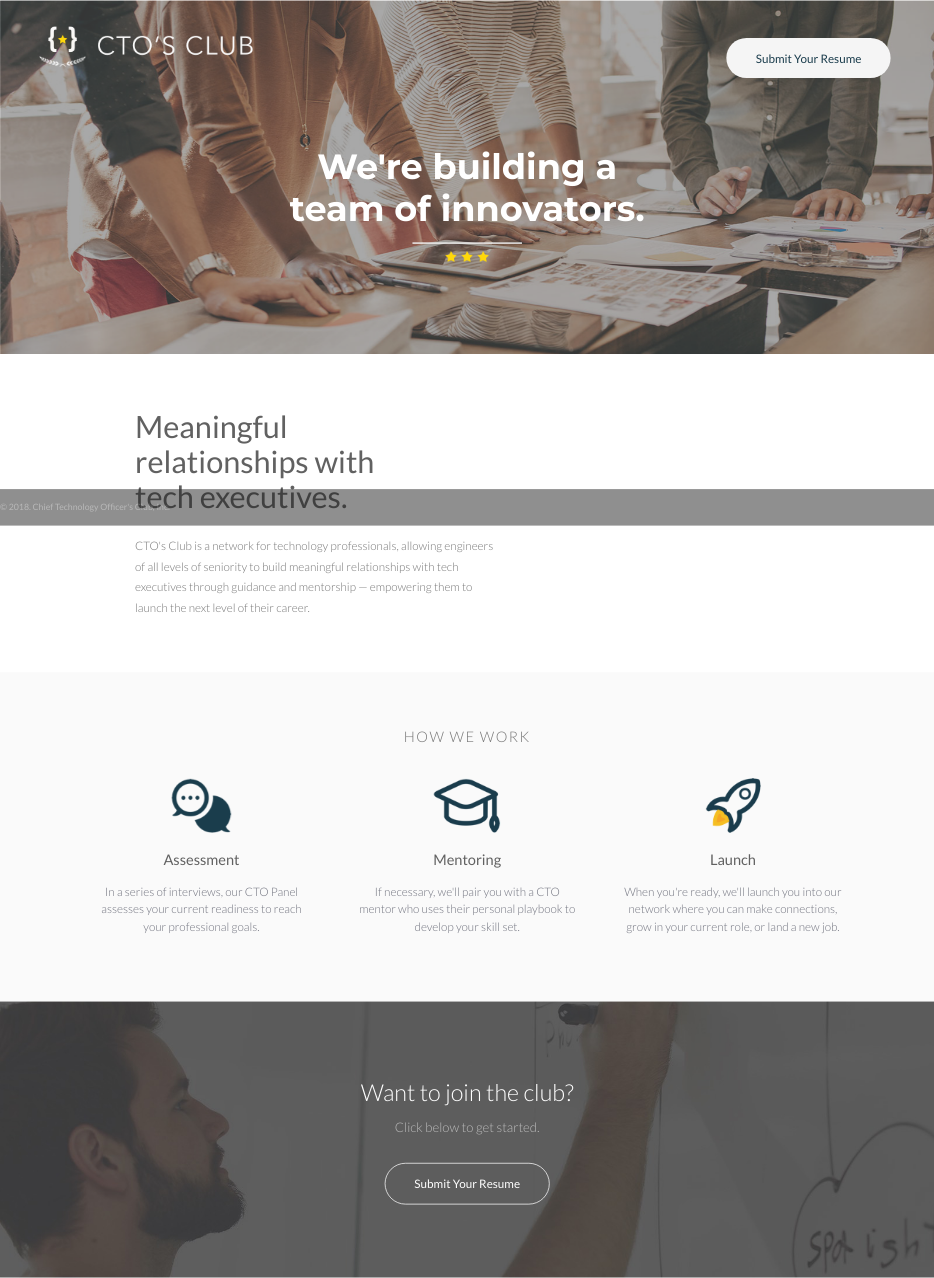
Repository: jadamduff/ctos_club_master
Page: index.html
The author's editor kept a record of every edit. The page is drawn from the files as they stood at one moment, then again after the next edit.
The browser window is 1280 px wide. The pictures show the whole page, at 73% of full size.
Some web fonts or font styles are not loaded; a fallback is used. Some web libraries are served in a nearby version.

Above is the page before.
Not found: js/join.js

After the next edit:
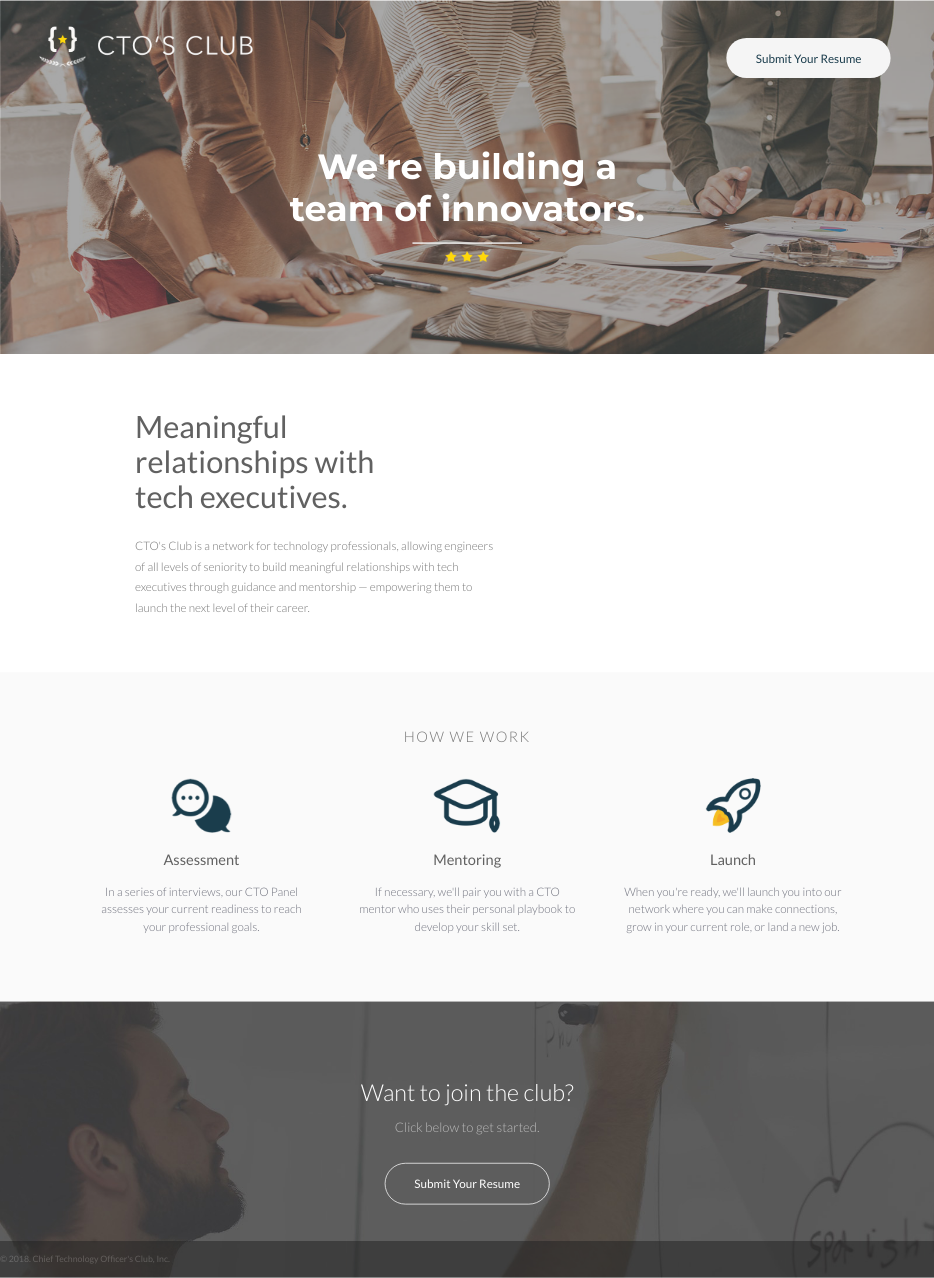
The edit:
--- a/index.html
+++ b/index.html
@@ -105,7 +105,7 @@
                 </li>
             </ul>
         </div>
-        <div style="width: 100%; background-image: url('images/bottom_hero.jpg'); background-size: cover; background-position: center; text-align: center; padding: 100px 0">
+        <div style="width: 100%; background-image: url('images/bottom_hero.jpg'); background-size: cover; background-position: center; text-align: center; padding: 100px 0; position: relative">
                 <p style="font-family: Lato; font-size: 32px; color: #ffffff; font-weight: 300; line-height: 48px; max-width: 400px; margin: 0 0 10px 0; display: inline-block">
                     Want to join the club?
                 </p><br />
